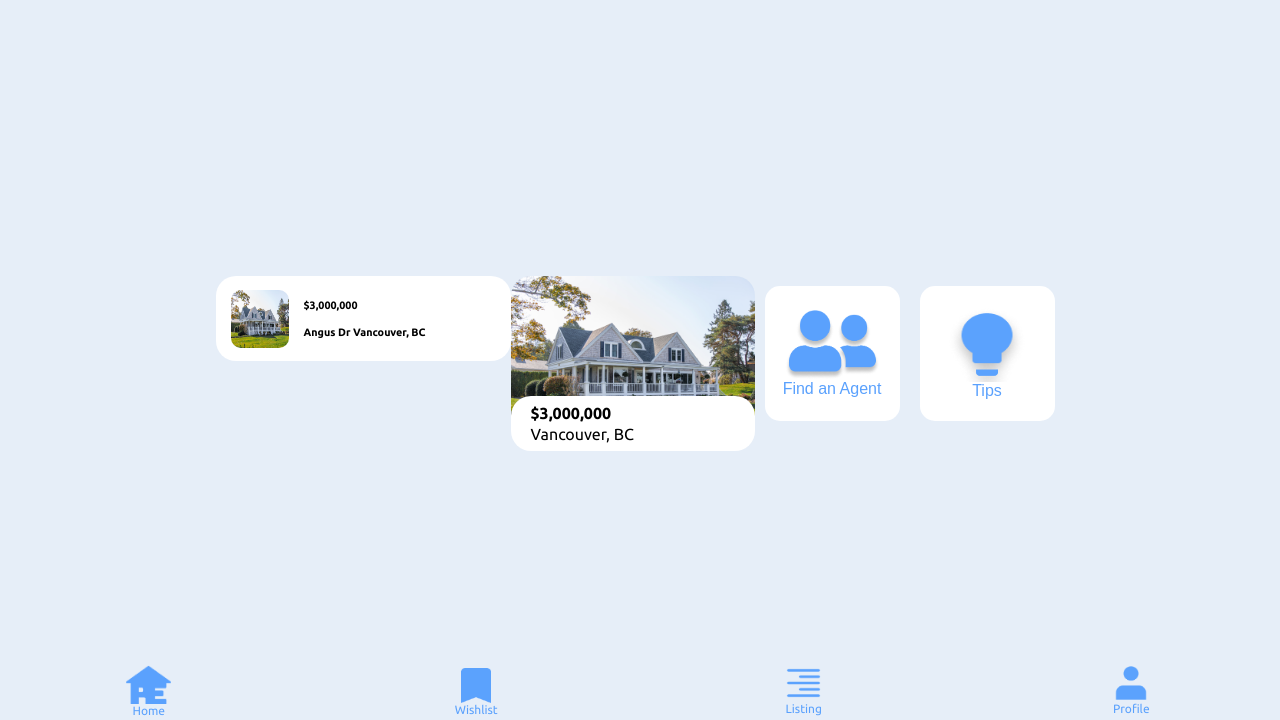
Repository: msyukurrr/realeasy
Page: /
The author's editor kept a copy of each file at every save. The page is drawn from the files as they stood at one save, then again after the next save.
The browser window is 1280 px wide. The pictures show the whole page.
The project was rebuilt for these pictures with package versions that can differ from the ones it lists, and the page was loaded fresh each time. The framework's server and built-in components were replaced by stand-ins that run in the browser. Also part of the build but not shown: next.config.js, components/CatButton.js.

Above is the page before, as saved 2023-01-27 19:45:20.

### pages/index.js
import Head from 'next/head'
import styles from '../styles/Home.module.css'
import { useState } from 'react'
import { useRouter } from 'next/router'
import MainButton from '../components/Button'
import axios from 'axios'
import CatButton from '../components/CatButton'
import NavBar from '../components/NavBar'
import ListCard from '../components/ListCard'
import FavCard from '../components/FavCard'

export default function Home() {
  const r = useRouter();




  return (
    <>
      <Head>
        <title>Current Weather</title>
        <meta name="description" content="Generated by create next app" />
        <link rel="icon" href="/favicon.ico" />
      </Head>

      <main className={styles.main}>

      <div style={{display:'flex'}}>
        <FavCard />
        <ListCard/>
      <MainButton
      w='135px'
      h='135px'
      src='./findanagent.png'
      iconh='70px'
      iconw='95px'
      lbltxt='Find an Agent'
      fs='16px'
      onClick={() => r.push("/findanagent")}
      ></MainButton>
      <MainButton
      w='135px'
      h='135px'
      src='./lightbulb.png'
      iconh='75px'
      iconw='80px'
      lbltxt='Tips'
      fs='16px'
      ></MainButton>
      </div>

      <NavBar></NavBar>

      </main>

    </>
  )
}

### styles/globals.css
@import url('https://fonts.googleapis.com/css2?family=Ubuntu:ital,wght@0,300;0,400;0,500;0,700;1,300;1,400;1,500;1,700&display=swap');

html,
body {
  padding: 0;
  margin: 0;
  font-family: "Ubuntu", sans-serif;
  background-color: #E6EEF8;
}

a {
  color: inherit;
  text-decoration: none;
}

* {
  box-sizing: border-box;
}

@media (prefers-color-scheme: dark) {
  html {
    color-scheme: dark;
  }
  body {
    color: white;
    background: black;
  }
}

### components/Button.js
import styled from "styled-components";

const ButtonCont = styled.div`
display: flex;
`

const Button = styled.button`
display:flex;
flex-direction: column;
margin: 10px;
align-items: center;
justify-content: center;
background-color: white;
color: #5AA1FD;
height: ${props=>props.height};
width: ${props=>props.width};
border-radius: 15px;
border: none;
&:hover{
    border: 1px solid;
    padding: 10px;
    box-shadow: 2px 2px #888888;
}
`

const Icon = styled.img`
height: ${props=>props.height};
width: ${props=>props.width};
`

const Lbl = styled.span`
display: block;
font-size: ${props=>props.fontsize};
`

export default function MainButton ({
    onClick=()=>{},
    src='./logo.png',
    lbltxt='House',
    h="69px",
    w="69px",
    fs="11px",
    iconh="35px",
    iconw="35px"
}){
    return <ButtonCont>
        <Button onClick={onClick} height={h} width={w}>
            <Icon src={src} height={iconh} width={iconw}></Icon>
            <Lbl fontsize={fs}>{lbltxt}</Lbl>
        </Button>
    </ButtonCont>
}

### components/NavBar.js
import styled from "styled-components";
import Link from "next/link";

const NavBarCont = styled.div`
position: fixed;
bottom: 0;
width: 100%;
`
const NavCont = styled.nav`
display: flex;
justify-content: space-around;
width: 100%;
background-color: #E6EEF8;
height: 60px;
`
const HomeCont = styled.div`
width: 50px;
height: 50px;
display:flex;
flex-direction: column;
justify-content: center;
align-items: center;
margin-top: ${props=>props.margintop};
`
const WishlistCont = styled.div`
width: 50px;
height: 50px;
display:flex;
flex-direction: column;
justify-content: center;
align-items: center;
margin-left: 30px;
margin-top: ${props=>props.margintop};
margin-bottom: ${props=>props.marginbottom};
`
const ListingCont = styled.div`
width: 50px;

display:flex;
flex-direction: column;
justify-content: center;
align-items: center;
margin-left: 30px;
margin-top: ${props=>props.margintop};
`
const ProfileCont = styled.div`
display:flex;
margin-left: 30px;
margin-top: ${props=>props.margintop};
`

const Icon = styled.img`
display: flex;
justify-content: center;
height: ${props=>props.height};
width: ${props=>props.width};
display: flex;
`

const NavList = styled.span`
display: flex;
align-self: center;
color: #5AA1FD;
font-size: 12px;
`


export default function NavBar({
    mt="5px",
    mb=""
}){
    return <NavBarCont>
    <NavCont>
        <Link href="/">
            <HomeCont margintop="6px">
                <Icon src='./logo.png' height="45px" width="45px"/>
                <NavList>Home</NavList>
            </HomeCont>
        </Link>
        <Link href="/wishlist">
            <WishlistCont margintop="7px">
                <Icon src='./wishlist.png' height="35px" width="30px"></Icon>
                <NavList>Wishlist</NavList>
            </WishlistCont>
        </Link>
        <Link href="/listing">
            <ListingCont margintop="4px">
                <Icon src='./listing.png' height="38px" width="45px"></Icon>
                <NavList>Listing</NavList>
            </ListingCont>
        </Link>
        <Link href="/profile">
            <ListingCont margintop="4px">
                <Icon src='./user.png' height="38px" width="40px"></Icon>
                <NavList>Profile</NavList>
            </ListingCont>
        </Link>
    </NavCont>
    </NavBarCont>
}

### components/ListCard.js
import styled from "styled-components";

const CardCont = styled.div`
    display:flex;
    justify-content: center;
    width:244px;
    height:168px;



`;

const TextCont = styled.div`
    display:flex;
    position:absolute;
    background-color:white;
    z-index:1;
    width:244px;
    height:55px;
    margin-top:120px;
    border-radius:20px;
    color:black;
    flex-direction:column;
`


export default function ListCard() {

    return ( <CardCont>
        <img src="house.png" style={{borderRadius:20, width:244}}/>
        <TextCont>
            <h4 style={{marginTop:8, marginLeft:20}}>$3,000,000</h4>
            <p style={{marginTop:-18, marginLeft:20}}>Vancouver, BC</p>
        </TextCont>
    </CardCont>

    )
}

### components/FavCard.js
import styled from "styled-components";


const CardCont = styled.div`
    display:flex;
    width: 295px;
    height: 85px;
    background-color:white;
    border-radius:20px;
    align-items:center;
    color:black;

`;

export default function FavCard() {

    return ( <CardCont>
        <img src="house.png" style={{width:58, height:58, borderRadius:10, marginLeft:15}}/>
        <div style={{marginLeft:15}}>
             <h6>$3,000,000</h6>
             <h6 style={{marginTop:-10}}>Angus Dr Vancouver, BC</h6>
        </div>

    </CardCont>

    )
}

Loaded but not shown: pages/_app.js (common file); styles/Home.module.css (common file)

After the next save:
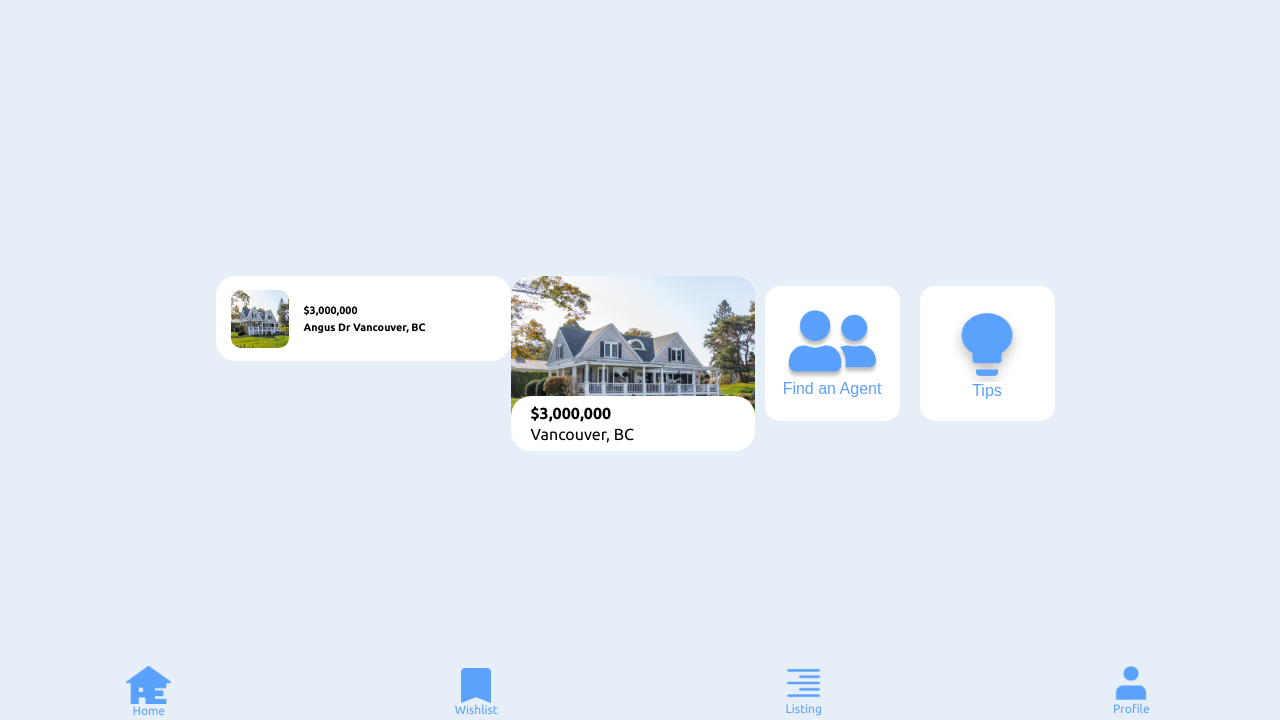
Saved 3 s later.
--- a/components/FavCard.js
+++ b/components/FavCard.js
@@ -18,7 +18,7 @@ export default function FavCard() {
         <img src="house.png" style={{width:58, height:58, borderRadius:10, marginLeft:15}}/>
         <div style={{marginLeft:15}}>
              <h6>$3,000,000</h6>
-             <h6 style={{marginTop:-10}}>Angus Dr Vancouver, BC</h6>
+             <h6 style={{marginTop:-20}}>Angus Dr Vancouver, BC</h6>
         </div>
 
     </CardCont>
